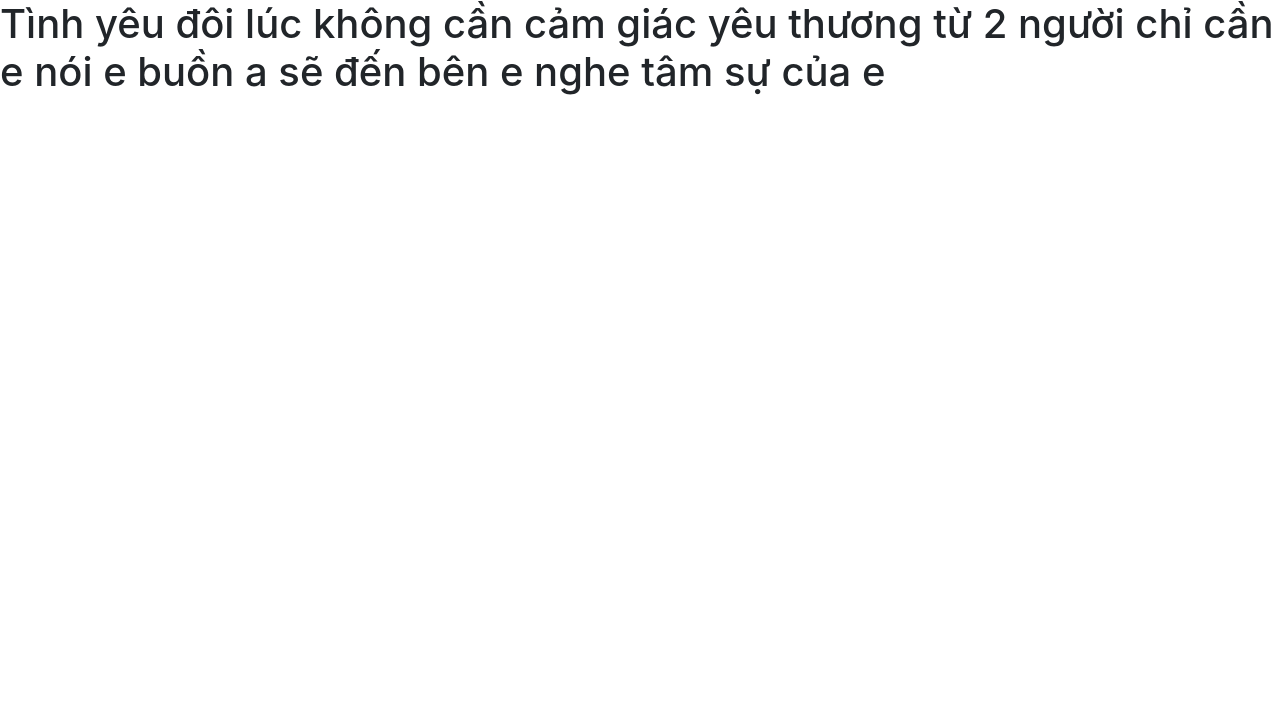
Repository: bunbubam/GameThayDoReactjs_NguyenKhacNghia
Page: /
An editor plug-in stored every save of this project. The page is shown before and after the next save, followed by the edit.
The browser window is 1280 px wide. The pictures show the whole page.
The project was rebuilt for these pictures with package versions that can differ from the ones it lists, and the page was loaded fresh each time. Also part of the build but not shown: src/App.css.

Above is the page before, as saved 2022-03-30 09:45:22.

After the next save:
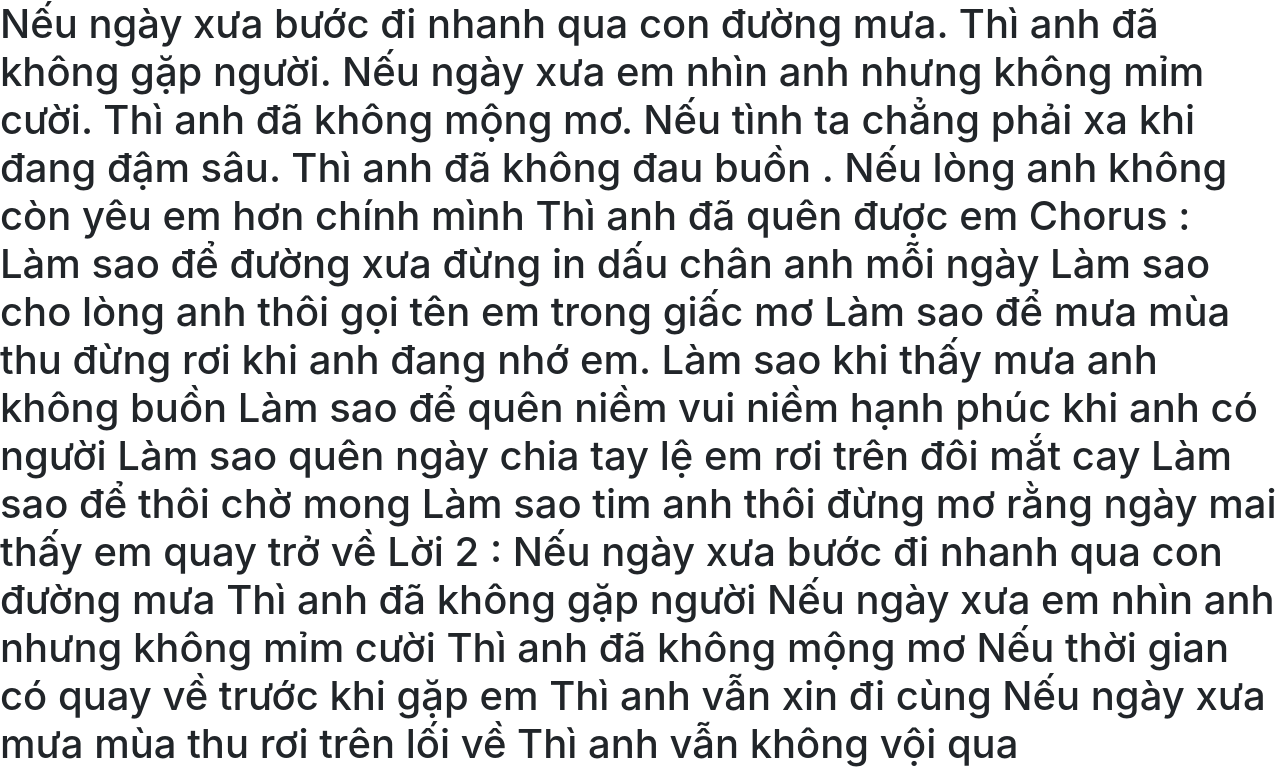
Saved 11 min 37 s later.
--- a/src/gamethaydo/dress.js
+++ b/src/gamethaydo/dress.js
@@ -4,7 +4,37 @@ class Dress extends Component {
 
     render() {
         return(
-            <h1>Tình yêu đôi lúc không cần cảm giác yêu thương từ 2 người chỉ cần e nói e buồn a sẽ đến bên e nghe tâm sự của e</h1>
+            <h1>Nếu ngày xưa bước đi nhanh qua con đường mưa.
+            Thì anh đã không gặp người.
+            Nếu ngày xưa em nhìn anh nhưng không mỉm cười.
+            Thì anh đã không mộng mơ.
+
+            Nếu tình ta chẳng phải xa khi đang đậm sâu.
+            Thì anh đã không đau buồn .
+            Nếu lòng anh không còn yêu em hơn chính mình
+            Thì anh đã quên được em
+
+            Chorus :
+            Làm sao để đường xưa đừng in dấu chân anh mỗi ngày
+            Làm sao cho lòng anh thôi gọi tên em trong giấc mơ
+            Làm sao để mưa mùa thu đừng rơi khi anh đang nhớ em.
+            Làm sao khi thấy mưa anh không buồn
+
+            Làm sao để quên niềm vui niềm hạnh phúc khi anh có người
+            Làm sao quên ngày chia tay lệ em rơi trên đôi mắt cay
+            Làm sao để thôi chờ mong
+            Làm sao tim anh thôi đừng mơ rằng ngày mai thấy em quay trở về
+
+            Lời 2 :
+            Nếu ngày xưa bước đi nhanh qua con đường mưa
+            Thì anh đã không gặp người
+            Nếu ngày xưa em nhìn anh nhưng không mỉm cười
+            Thì anh đã không mộng mơ
+
+            Nếu thời gian có quay về trước khi gặp em
+            Thì anh vẫn xin đi cùng
+            Nếu ngày xưa mưa mùa thu rơi trên lối về
+            Thì anh vẫn không vội qua</h1>
         )
     };
 }
